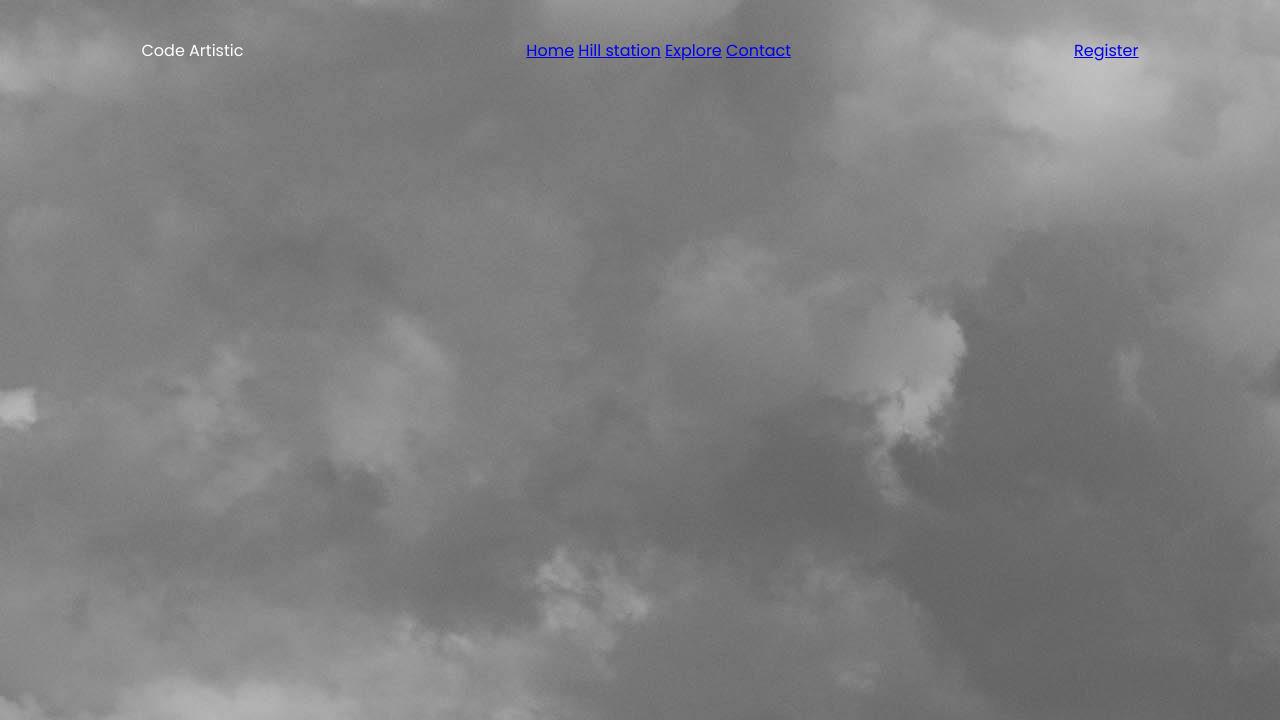
Repository: Ruxmary7/energy
Page: starter/index.html
The author's editor kept a copy of each file at every save. The page is drawn from the files as they stood at one save, then again after the next save.
The browser window is 1280 px wide. The pictures show the whole page.

Above is the page before, as saved 2025-01-10 22:01:35.

After the next save:
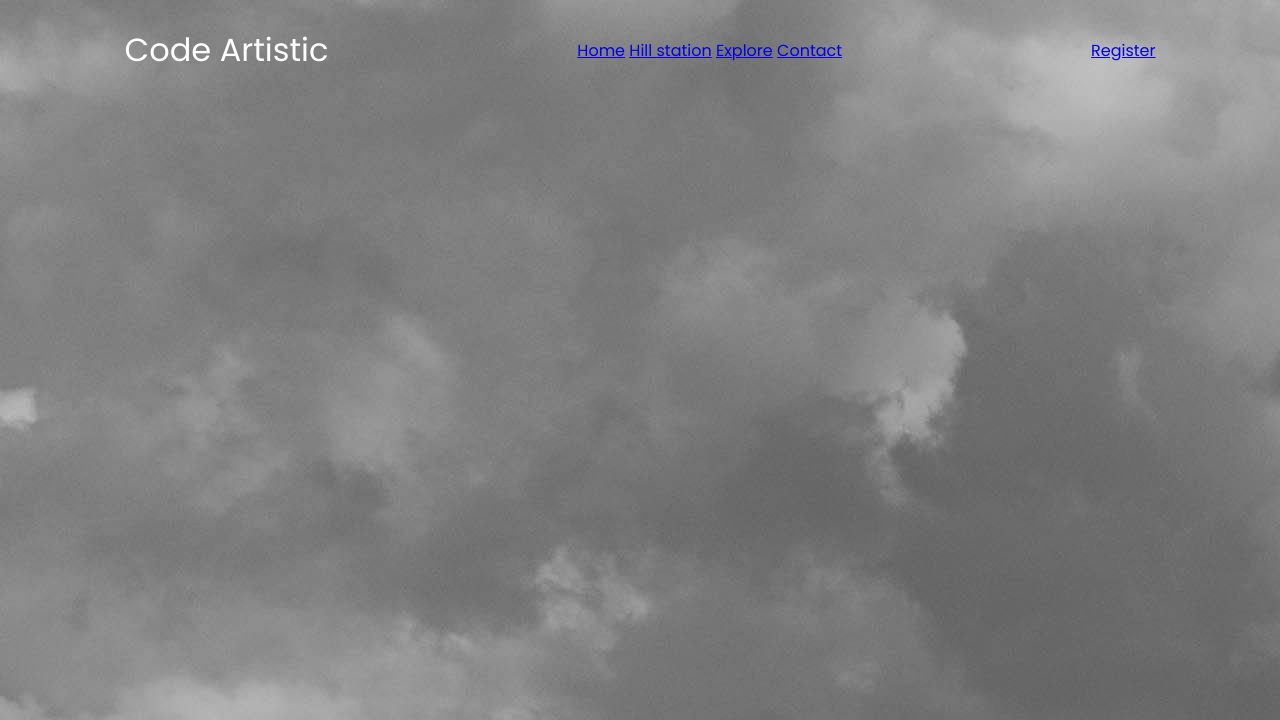
Saved 10 s later.
--- a/starter/style.css
+++ b/starter/style.css
@@ -22,6 +22,6 @@ header {
 align-items: center;
  }
  .logo {
-fs
+font-size: 2em;
  }
 }
